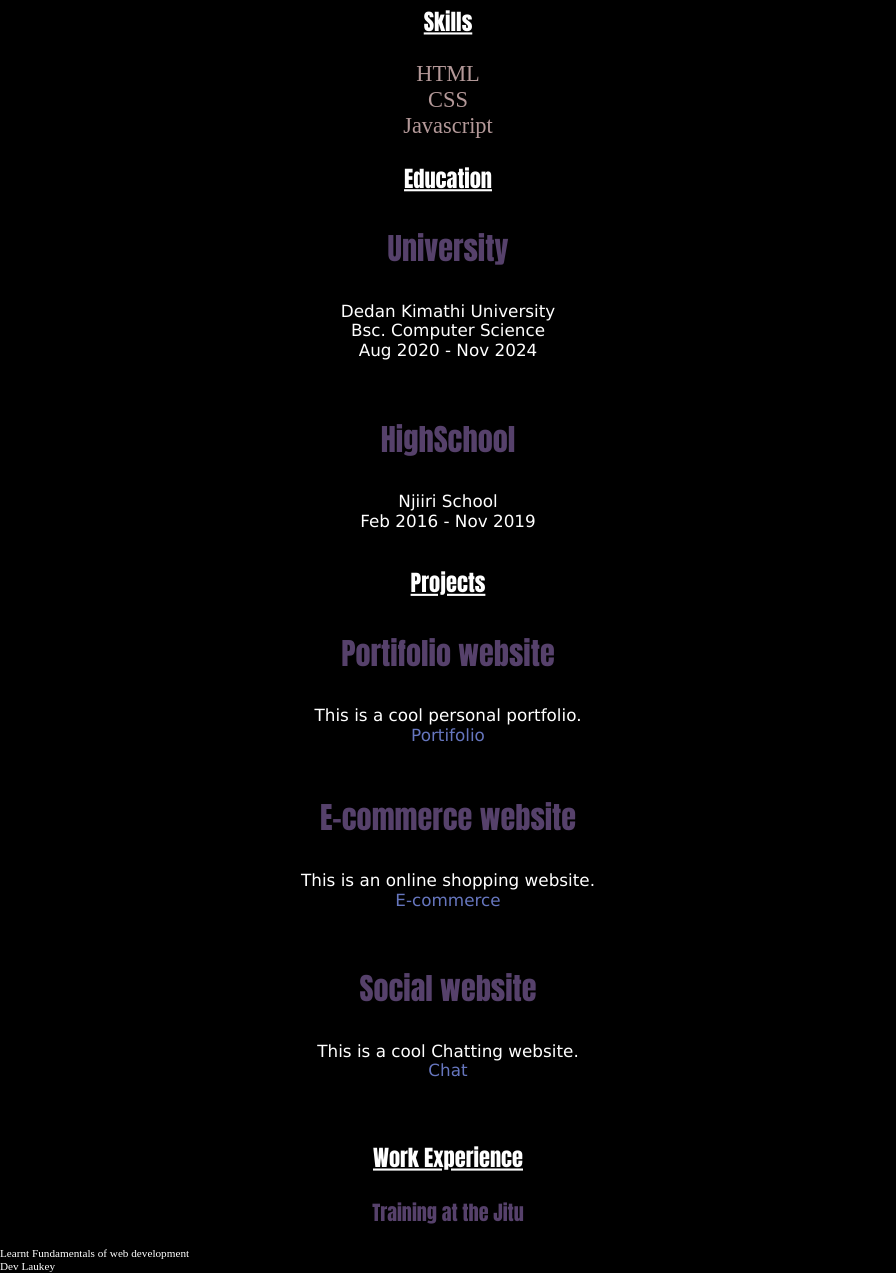
Repository: LaukeyMwaura/Jitu-Day-2
Page: index.html
The author's editor kept a copy of each file at every save. The page is drawn from the files as they stood at one save, then again after a run of saves.
The browser window is 1280 px wide. The pictures show the part of the page from y = 645 to 2565 px (the page is 2464 px tall before and 2565 px after), at 70% of full size.
A picture or video elsewhere on the page could not be fetched, so the positions and the page height are approximate.

Above is the page before, as saved 2022-05-12 00:40:15.

After the next 2 saves:
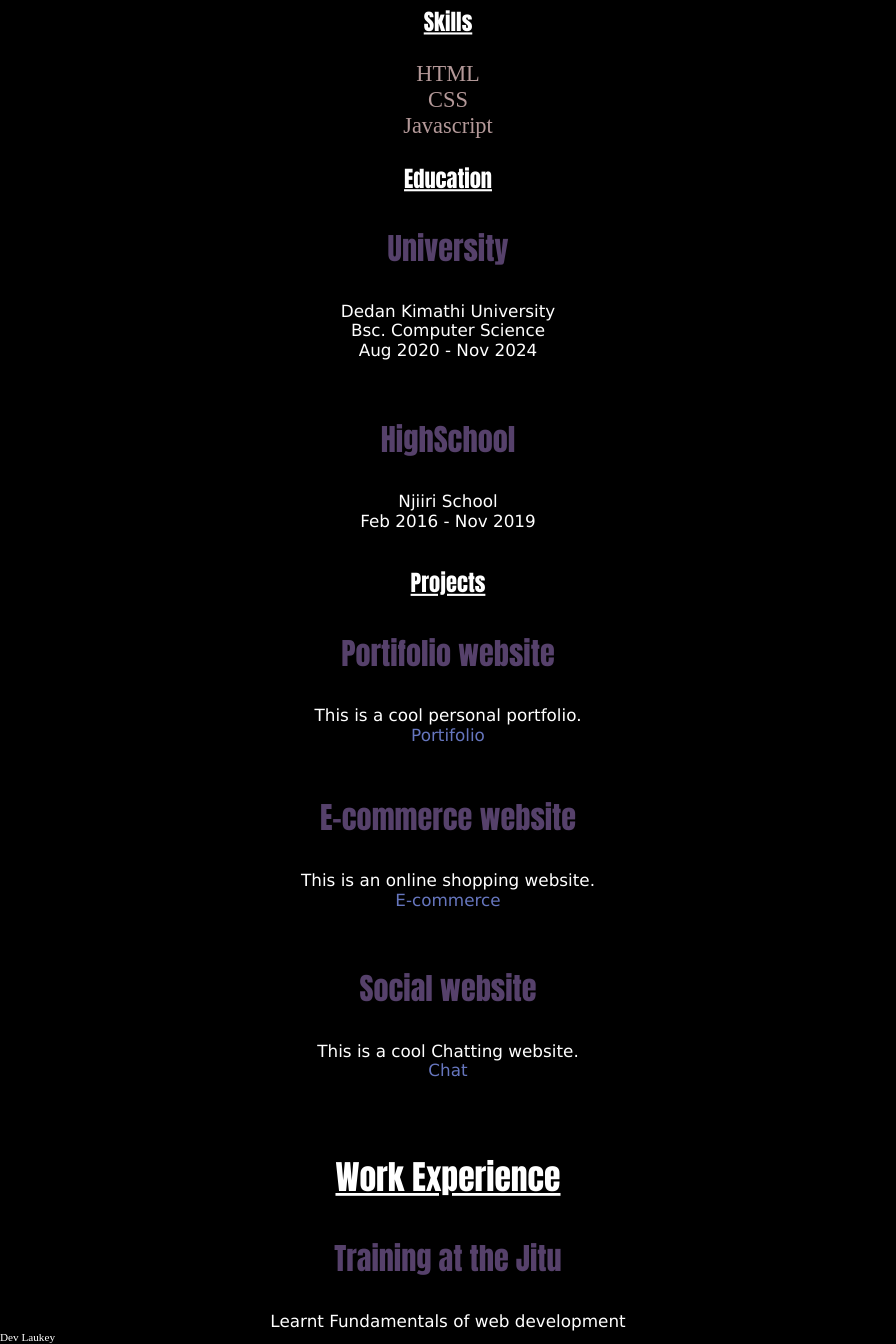
The 2 saves are shown as one change because they came seconds apart.
The last was saved 13 s later.
--- a/index.html
+++ b/index.html
@@ -94,7 +94,7 @@
       </div>
       <br><br><br>
     </div>
-    <div id="work text" class="work">
+    <div id="work" class="text work">
       <h1 class="heading">Work Experience</h1>
       <div>
         <h4 class="subheading"> Training at the Jitu</h4>
